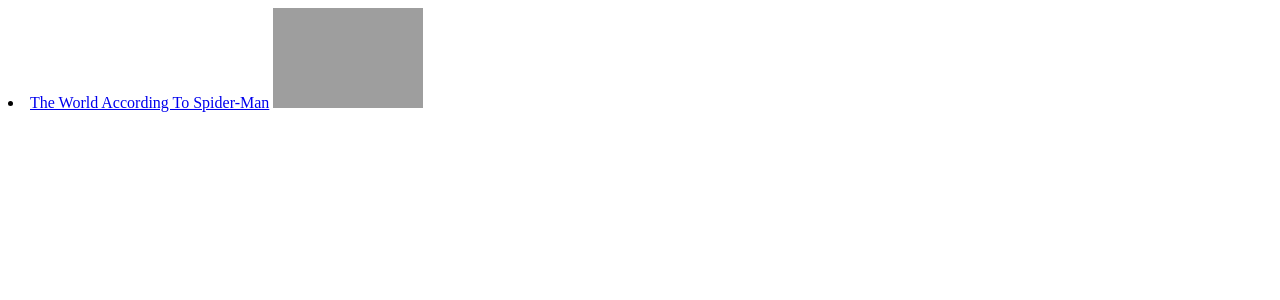
Repository: TejasS1233/MINITHON-hackathon-project
Page: comics.html
These files come from the project's save history. The page is drawn as it stood at one moment and after the next save; the edit follows.
The browser window is 1280 px wide. The pictures show the whole page.
Pictures or frames that could not be fetched are drawn as grey boxes.

Above is the page before, as saved 2024-09-20 09:47:35.

### comics.html
<!DOCTYPE html>
<html lang="en">
<head>
    <meta charset="UTF-8">
    <meta name="viewport" content="width=device-width, initial-scale=1.0">
    <title>E-Library</title>
</head>
<body>
    <li>
        <a href="spiderman.html">The World According To Spider-Man</a>
        <img src="https://thecomicbookstore.in/storage/2024/08/TCBS7184.jpg" alt="To Kill a Mockingbird" width="150" height="100">

    </li>

</body>
</html>

After the next save:
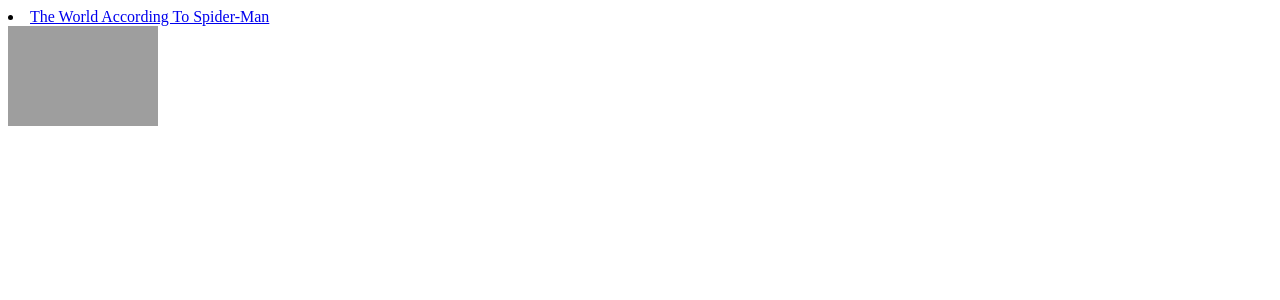
Saved 15 s later.
--- a/comics.html
+++ b/comics.html
@@ -7,7 +7,7 @@
 </head>
 <body>
     <li>
-        <a href="spiderman.html">The World According To Spider-Man</a>
+        <a href="spiderman.html">The World According To Spider-Man</a><br>
         <img src="https://thecomicbookstore.in/storage/2024/08/TCBS7184.jpg" alt="To Kill a Mockingbird" width="150" height="100">
 
     </li>
